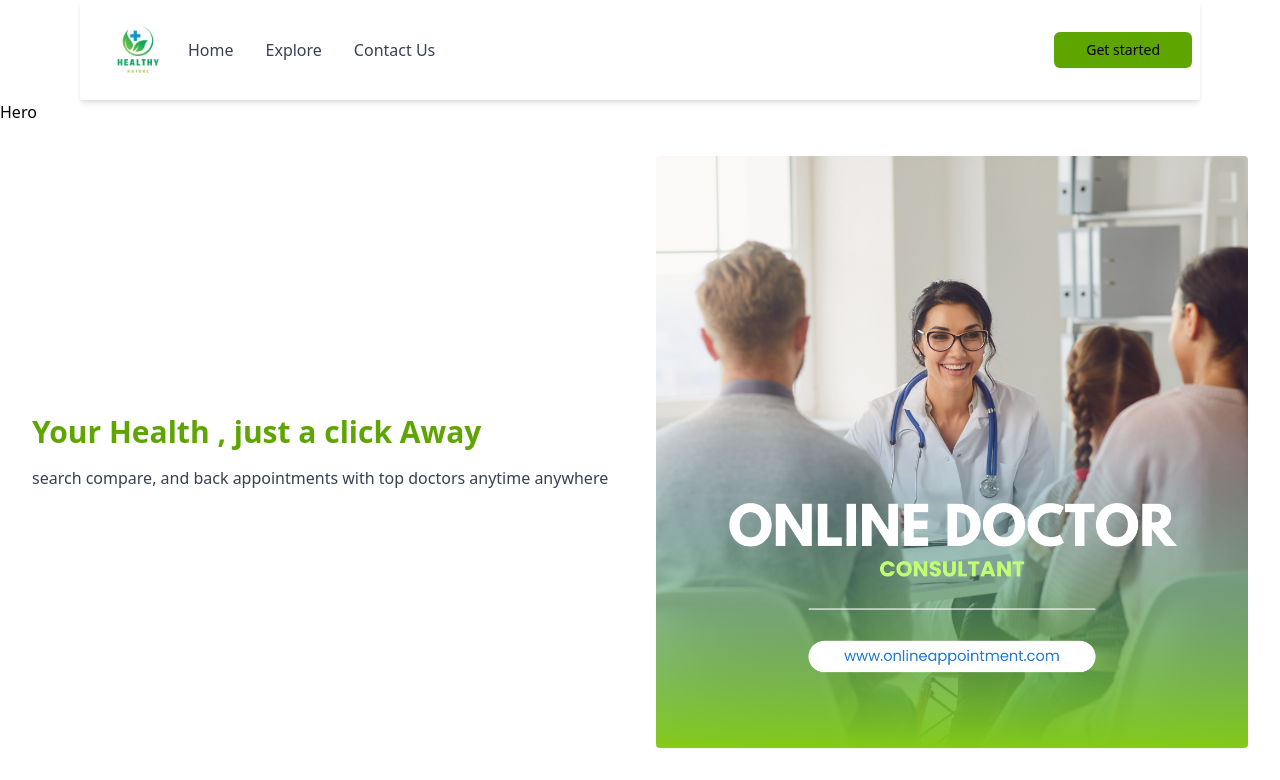
Repository: Muyassar-Mamdoh-Salem/appooinetment_app_frontend
Page: /
An editor plug-in stored every save of this project. The page is shown before and after a run of saves, followed by the edit.
The browser window is 1280 px wide. The pictures show the whole page.
The project was rebuilt for these pictures with package versions that can differ from the ones it lists, and the page was loaded fresh each time. The framework's server and built-in components were replaced by stand-ins that run in the browser. Also part of the build but not shown: next.config.mjs.

Above is the page before, as saved 2025-07-03 15:22:26.

### app/layout.js
import { Geist, Geist_Mono } from "next/font/google";
import "./globals.css";
import Header from "./_compnents/Header";
const geistSans = Geist({
  variable: "--font-geist-sans",
  subsets: ["latin"],
});

const geistMono = Geist_Mono({
  variable: "--font-geist-mono",
  subsets: ["latin"],
});

export const metadata = {
  title: "Create Next App",
  description: "Generated by create next app",
};

export default function RootLayout({ children }) {
  return (
    <html lang="en">
      <body
        className={`${geistSans.variable} ${geistMono.variable} antialiased`}
      >
        <div className=" md:px-20">
                 <Header />

        </div>
        {children}
      </body>
    </html>
  );
}

### app/page.js
import Image from "next/image";

// shad cn
import { Button } from "@/components/ui/button"
// component
import Hero from "./_compnents/Hero";
export default function Home() {
  return (
    <div className="">
<Hero/>

    </div>
  );
}

### app/_compnents/Header.jsx
import React from 'react';
import Image from 'next/image';
import Link from 'next/link';
import { Button } from '@/components/ui/button';

function Header() {
  const menu = [
    { id: 1, name: 'Home', path: '/' },
    { id: 2, name: 'Explore', path: 'Explore' },
    { id: 3, name: 'Contact Us', path: 'Contact Us' }
  ];

  return (
    <header className="bg-white shadow-md px-2 flex items-center justify-between    ">
      <div className="  flex items-center  ">
        {/* الشعار */}
        <div className="flex items-center gap-2">
          <Image src="/assets/image/logo.png" width={100} height={40} alt="logo" />

        </div>

        {/* القائمة */}
        <nav>
          <ul className="hidden md:flex gap-8 text-gray-700 font-medium">
            {menu.map((item) => (
              <li key={item.id}>
                <Link
                  href={item.path}
                  className="hover:text-lime-600 transition-all duration-200 cursor-pointer hover:scale-105 "
                >
                  {item.name}
                </Link>
              </li>
            ))}
          </ul>
        </nav>
      </div>
      <Button>Get started</Button>

    </header>
  );
}

export default Header;

### components/ui/button.jsx
import * as React from "react"
import { Slot } from "@radix-ui/react-slot"
import { cva } from "class-variance-authority";

import { cn } from "@/lib/utils"

const buttonVariants = cva(
  "inline-flex items-center justify-center gap-2 whitespace-nowrap rounded-md text-sm font-medium transition-all disabled:pointer-events-none disabled:opacity-50 [&_svg]:pointer-events-none [&_svg:not([class*='size-'])]:size-4 shrink-0 [&_svg]:shrink-0 outline-none focus-visible:border-ring focus-visible:ring-ring/50 focus-visible:ring-[3px] aria-invalid:ring-destructive/20 dark:aria-invalid:ring-destructive/40 aria-invalid:border-destructive",
  {
    variants: {
      variant: {
        default:
          "bg-lime-600 text-primary-foreground shadow-xs hover:bg-lime-700 cursor-pointer",
        destructive:
          "bg-destructive text-white shadow-xs hover:bg-destructive/90 focus-visible:ring-destructive/20 dark:focus-visible:ring-destructive/40 dark:bg-destructive/60",
        outline:
          "border bg-background shadow-xs hover:bg-accent hover:text-accent-foreground dark:bg-input/30 dark:border-input dark:hover:bg-input/50",
        secondary:
          "bg-secondary text-secondary-foreground shadow-xs hover:bg-secondary/80",
        ghost:
          "hover:bg-accent hover:text-accent-foreground dark:hover:bg-accent/50",
        link: "text-primary underline-offset-4 hover:underline",
      },
      size: {
        default: "h-9 px-8 py-2 has-[>svg]:px-3",
        sm: "h-8 rounded-md gap-1.5 px-3 has-[>svg]:px-2.5",
        lg: "h-10 rounded-md px-6 has-[>svg]:px-4",
        icon: "size-9",
      },
    },
    defaultVariants: {
      variant: "default",
      size: "default",
    },
  }
)

function Button({
  className,
  variant,
  size,
  asChild = false,
  ...props
}) {
  const Comp = asChild ? Slot : "button"

  return (
    <Comp
      data-slot="button"
      className={cn(buttonVariants({ variant, size, className }))}
      {...props} />
  );
}

export { Button, buttonVariants }

### app/_compnents/Hero.jsx
import React from 'react'

function Hero() {
  return (
    <div>Hero
        <section>
  <div className="mx-auto max-w-screen-xl px-4 py-8 sm:px-6 lg:px-8">
    <div className="grid grid-cols-1 gap-4 md:grid-cols-2 md:items-center md:gap-8">
      <div>
        <div className="max-w-lg md:max-w-none">
          <h2 className="text-2xl font-semibold text-lime-600 sm:text-3xl">
          Your Health , just a click Away
          </h2>

          <p className="mt-4 text-gray-700">
           search compare, and back appointments with top doctors anytime anywhere
          </p>
        </div>
      </div>

      <div>
        <img
        src='assets\image\hero.png'
          className="rounded"
          alt=""
        />
      </div>
    </div>
  </div>
</section>
    </div>
  )
}

export default Hero

Loaded but not shown: app/globals.css (common file); lib/utils.js (common file)

After the next 4 saves:
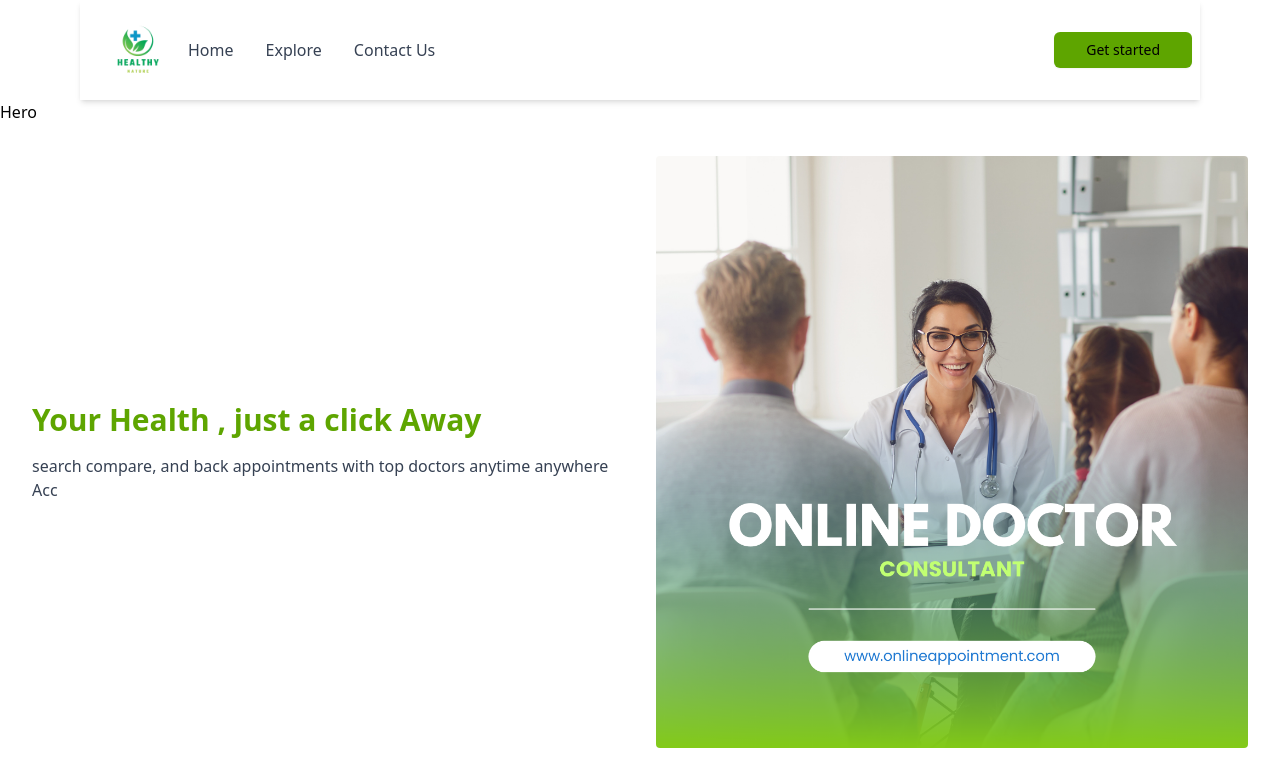
The 4 saves are shown as one change because they came seconds apart.
The last was saved 10 s later.
--- a/app/_compnents/Hero.jsx
+++ b/app/_compnents/Hero.jsx
@@ -13,7 +13,7 @@ function Hero() {
           </h2>
 
           <p className="mt-4 text-gray-700">
-           search compare, and back appointments with top doctors anytime anywhere
+           search compare, and back appointments with top doctors anytime anywhere Acc
           </p>
         </div>
       </div>
